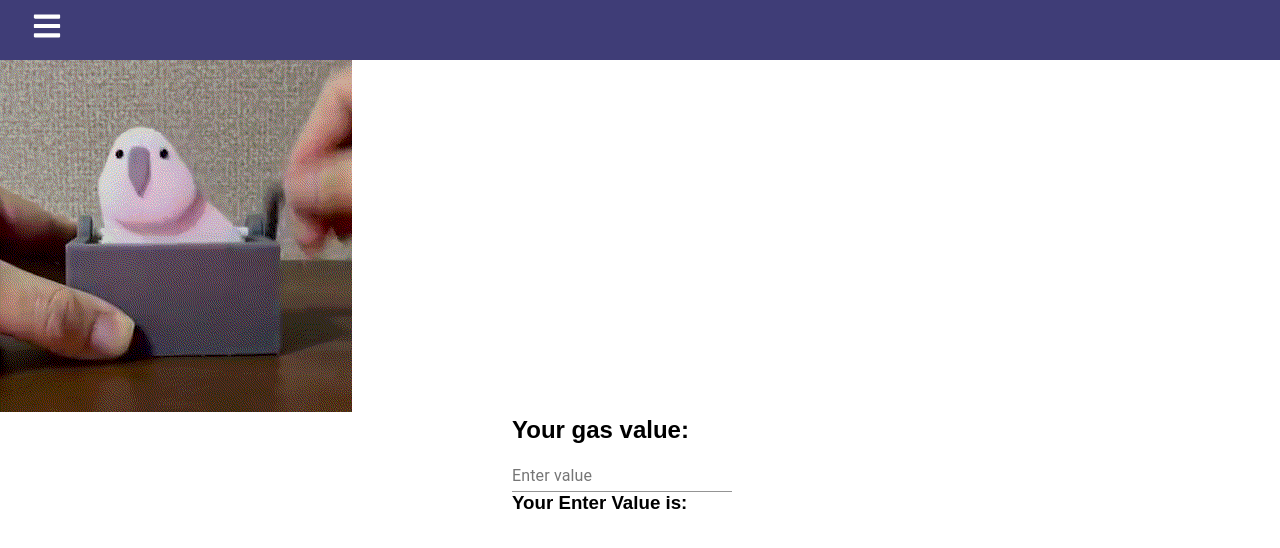
Repository: dcutalo/GasPal
Page: / (app in client/)
These files come from the project's save history. The page is drawn as it stood at one moment and after the next save; the edit follows.
The browser window is 1280 px wide. The pictures show the whole page.
Some web fonts or font styles are not loaded; a fallback is used. The project was rebuilt for these pictures with package versions that can differ from the ones it lists, and the page was loaded fresh each time. Also part of the build but not shown: client/src/pages/triphistory.js, client/src/pages/gasefficiencyreports.js, client/src/pages/userprofile.js.

Above is the page before, as saved 2021-10-07 20:45:47.

### client/src/App.js
import React from 'react';
import './App.css';
import Sidebar from './components/Sidebar';
import { BrowserRouter as Router, Switch, Route} from 'react-router-dom';
import Home from './pages/home';
import TripHistory from './pages/triphistory';
import Reports from './pages/gasefficiencyreports';
import UserProfile from './pages/userprofile';


function App() {
  return (
    <Router>
      <Sidebar />
      <Switch>
        <Route path = '/' exact component={Home}/>
        <Route path = '/triphistory' component={TripHistory}/>
        <Route path = '/gasefficiencyreports' component={Reports}/>
        <Route path = '/userprofile' component={UserProfile}/>
      </Switch>
    </Router>
  );
}

export default App;

### client/src/App.css
@import url(https://fonts.googleapis.com/css2?family=Gluten&display=swap);

* {
  box-sizing: border-box;
  margin: 0;
  padding: 0;
  font-family: 'Latp', sans-serif;
}

.home, .gasefficiencyreports, .triphistory, .userprofile {
  display: flex;
  height: 90vh;
  align-items: center;
  justify-content: center;
  font-size: 3rem;
}

### client/src/components/Sidebar.js
import React, {useState} from 'react'
import * as FaIcons from "react-icons/fa";
import * as AiIcons from "react-icons/ai";
import { Link } from 'react-router-dom';
import { SidebarData } from './Sidebardata';
import './Sidebar.css';
import { IconContext } from 'react-icons'

function Sidebar() {
    const [sidebar, setSidebar] = useState(false)

    const showSidebar = () => setSidebar(!sidebar)

    return (
        <>
        <IconContext.Provider value={{size: '30px', className:"icons"}}>
            <div className ="sidebar">
                <Link to="#" className='menu-bars'>
                    <FaIcons.FaBars onClick={showSidebar} />
                </Link>
            </div>

            <nav className={sidebar ? 'side-menu active' : 'side-menu'}>
                <ul className='side-menu-items'>
                    <li className="sidebar-toggle">
                        <Link to="#" className='menu-bars' onClick={showSidebar}>
                            <AiIcons.AiOutlineClose />
                        </Link>
                    </li>

                    {SidebarData.map((item,index) => {
                        return (

                            <li key={index} className={item.cName}>
                                <Link to={item.path}>
                                    {item.icon}
                                    <span>{item.title}</span>
                                </Link>
                            </li>

                        );
                    })}

                </ul>
            </nav>

        </IconContext.Provider>
        </>
    )
}

export default Sidebar

### client/src/pages/home.js
import React, { useState } from "react";
import TextField from "@material-ui/core/TextField";
import gif from '../1f8f36ae39d05387.gif';
import '../App.css'

const Home = () => {
  const [a, setName] = useState("");

  return (
    <div>
    <img src={gif} style={{justifyContent: 'center',alignItems: 'center',}}/>

    <div
          style={{ marginLeft: "40%",}}
      >
          <h2>Your gas value:</h2>
          <TextField
              value={a}
              label="Enter value"
              onChange={(e) => {
                  setName(e.target.value);
              } } />
          <h3>Your Enter Value is: {a} </h3>
      </div>
    </div>
  );
};

export default Home;

### client/src/components/Sidebardata.js
import React from 'react'
import * as AiIcons from "react-icons/ai";
import * as CgIcons from "react-icons/cg";
import * as HiIcons from "react-icons/hi";

export const SidebarData = [
    {
        title: 'Home',
        path: '/',
        icon: <AiIcons.AiFillHome />,
        cName: 'side-text'
    },
    {
        title: 'Gas Efficiency Reports',
        path: '/gasefficiencyreports',
        icon: <HiIcons.HiDocumentReport />,
        cName: 'side-text'
    },
    {
        title: 'Trip History',
        path: '/triphistory',
        icon: <AiIcons.AiOutlineHistory />,
        cName: 'side-text'
    },
    {
        title: 'User Profile',
        path: '/userprofile',
        icon: <CgIcons.CgProfile />,
        cName: 'side-text'
    }
]

### client/src/components/Sidebar.css
.sidebar {
    background-color: #3f3d77;
    height: 60px;
    display: flex;
    justify-content: start;
    align-items: center;
}

.menu-bars {
    margin-left: 2rem;
    font-size: 2rem;
    background: none;
    color:rgb(255, 255, 255)
}

.side-menu {
    background-color: #3f3d77;
    width: 300px;
    height: 120vh;
    display: flex;
    justify-content: center;
    position: fixed;
    top: 0;
    left: -100%;
    transition: 850ms;
}

.side-menu.active {
    left: 0;
    transition: 350ms;
}

.side-text {
    display: flex;
    justify-content: center;
    align-items: center;
    padding: 8px 0px 8px 16px;
    list-style: none;
    height: 60px;
}

.side-text a {
    text-decoration: none;
    color: rgb(255, 255, 255);
    font-size: 18px;
    width: 95%;
    height: 100%;
    display: flex;
    align-items: center;
    border-radius: 4px;
}

.side-text a:hover {
    background-color: #d0a3eb;
    color: black;
}

.side-menu-items {
    width: 100%;
}

.sidebar-toggle {
    background-color: #24234b;
    width: 100%;
    height: 60px;
    display: flex;
    justify-content: start;
    align-items: center;
}

span{
    margin-left: 16px;
}

Loaded but not shown: client/public/index.html (common file); client/src/index.js (common file)

After the next save:
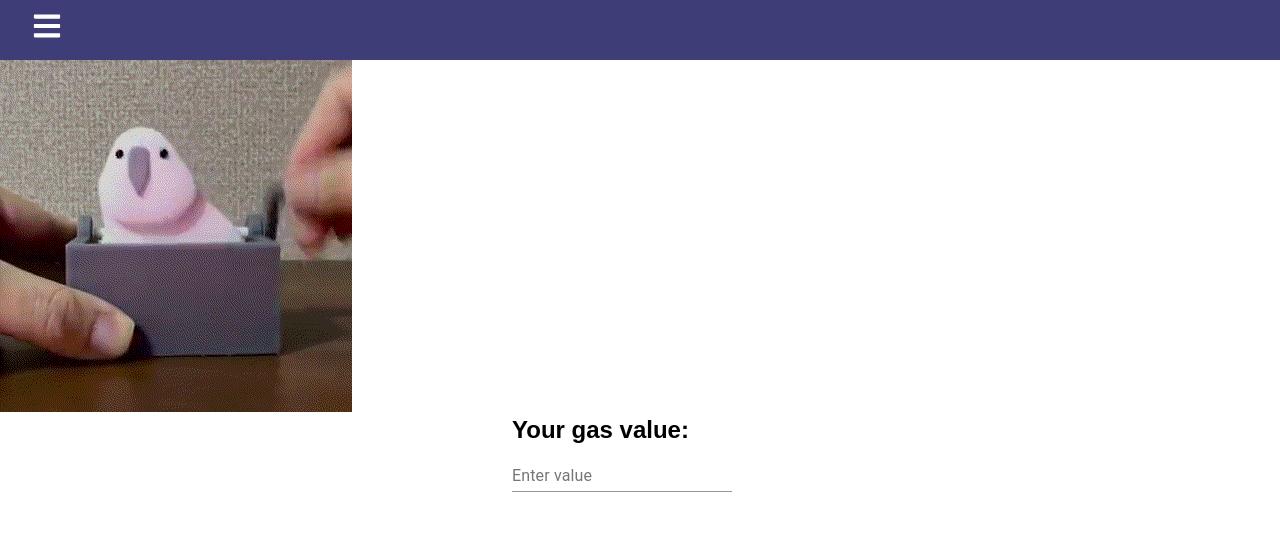
Saved 22 min 38 s later.
--- a/client/src/pages/home.js
+++ b/client/src/pages/home.js
@@ -20,7 +20,7 @@ const Home = () => {
               onChange={(e) => {
                   setName(e.target.value);
               } } />
-          <h3>Your Enter Value is: {a} </h3>
+          <h3>{a}</h3>
       </div>
     </div>
   );
